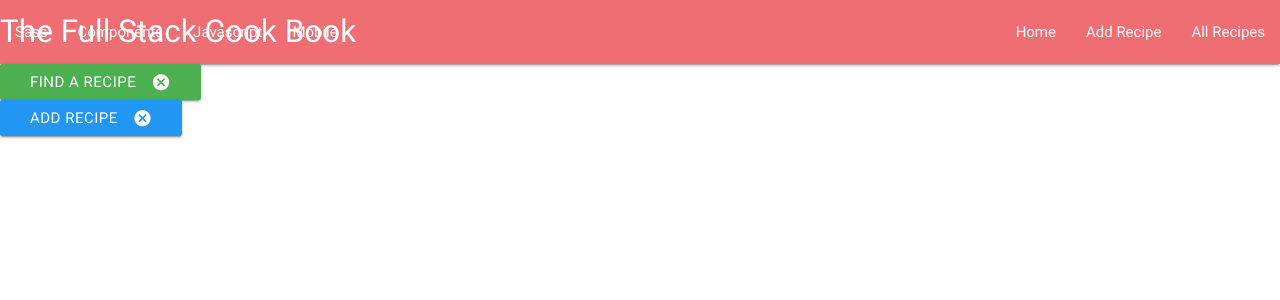
Repository: nakitamccool/francisillingworth-milestone-project-3
Page: http://localhost/index
The author's editor kept a record of every edit. The page is drawn from the files as they stood at one moment, then again after the next edit.
The browser window is 1280 px wide. The pictures show the whole page.
The page is served by the project's application, run on Flask 3 (app.py).

Above is the page before.

After the next edit:
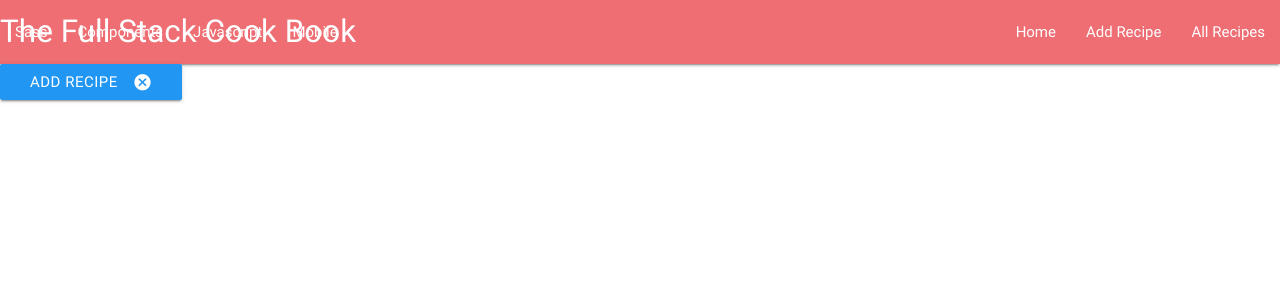
The edit:
--- a/templates/index.html
+++ b/templates/index.html
@@ -2,7 +2,7 @@
 </div>
 
 
-    <div></div>
+    <div class="split right">
     <a href="{{ url_for('get_recipes') }}" class="waves-effect waves-light btn green">
                 <i class="material-icons right">cancel</i>Find a Recipe
             </a>
